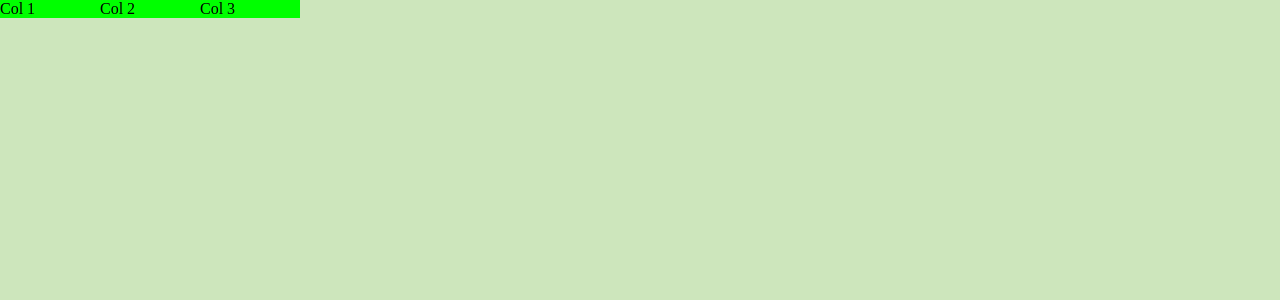
Repository: kklasmei/kklasmei.github.io
Page: new.html
The author's editor kept a record of every edit. The page is drawn from the files as they stood at one moment, then again after the next edit.
The browser window is 1280 px wide. The pictures show the whole page.

Above is the page before.

After the next edit:
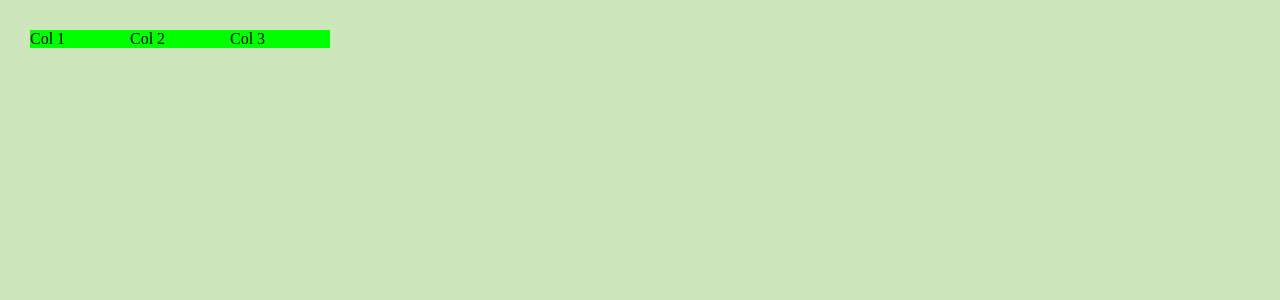
The edit:
--- a/css/style.css
+++ b/css/style.css
@@ -9,6 +9,7 @@
 
 body {
     background-color: #cde6bc;
+    margin: 30px;
 }
 
 .box {
